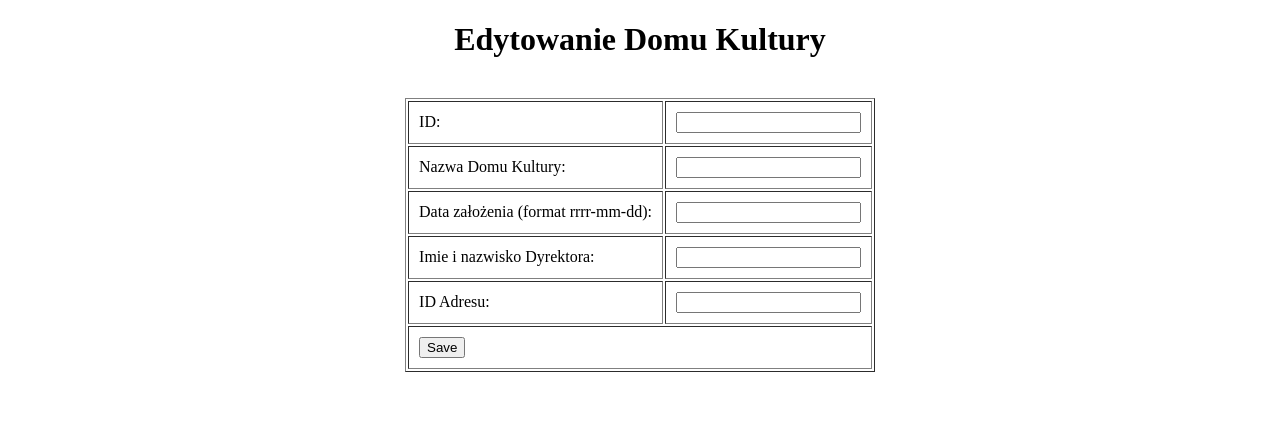
Repository: marcinRuta/houseOfCulture-crud-webapp-database
Page: http://localhost/edit_form_domy
These files come from the project's save history. The page is drawn as it stood at one moment and after the next save; the edit follows.
The browser window is 1280 px wide. The pictures show the whole page.
The page is this project's Thymeleaf template; nobody is signed in. The template is opened directly, without the code that normally fills it, so the values that code supplies are empty.

Above is the page before, as saved 2021-01-07 12:16:46.

After the next save:
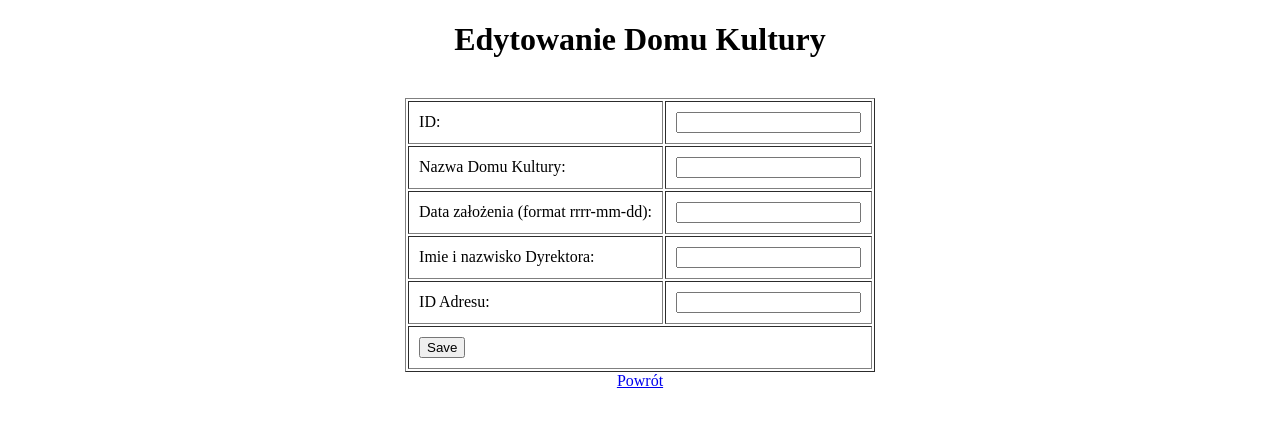
Saved 3 min 10 s later.
--- a/DomKultury/src/main/resources/templates/edit_form_domy.html
+++ b/DomKultury/src/main/resources/templates/edit_form_domy.html
@@ -58,7 +58,8 @@
 			</table>
 		</form>
 
-
+				<!-- EXIT -->
+				<a href="/DK">Powrót</a>
 
 
 
